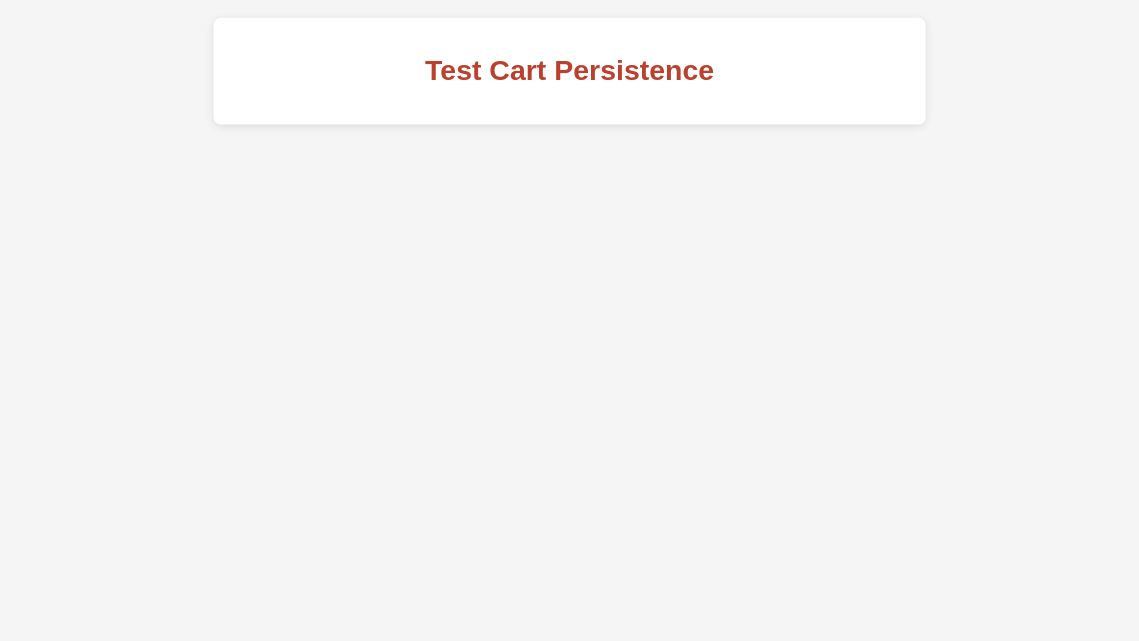
Repository: roydigital/DCB-Finaly-30-Novemeber
Page: test_cart_persistence.html
These files come from the project's save history. The page is drawn as it stood at one moment and after the next save; the edit follows.
The browser window is 1280 px wide. The pictures show the whole page, at 89% of full size.

Above is the page before, as saved 2025-12-03 17:23:11.

### test_cart_persistence.html
<!DOCTYPE html>
<html lang="en">
<head>
    <meta charset="UTF-8">
    <meta name="viewport" content="width=device-width, initial-scale=1.0">
    <title>Test Cart Persistence - DCB</title>
    <style>
        body {
            font-family: Arial, sans-serif;
            max-width: 800px;
            margin: 0 auto;
            padding: 20px;
            background-color: #f5f5f5;
        }
        .container {
            background: white;
            padding: 20px;
            border-radius: 8px;
            box-shadow: 0 2px 10px rgba(0,0,0,0.1);
        }
        h1 {
            color: #BA412D;
            text-align: center;
        }
        .test-section {
            margin: 20px 0;
            padding: 15px;
            border: 1px solid #ddd;
            border-radius: 5px;
            background: #f9f9f9;
        }
        button {
            background: #BA412D;
            color: white;
            border: none;
            padding: 10px 15px;
            border-radius: 4px;
            cursor: pointer;
            margin: 5px;
        }
        button:hover {
            background: #9A3120;
        }
        .result {
            margin-top: 10px;
            padding: 10px;
            border-radius: 4px;
            background: #e8f4fd;
            border-left: 4px solid #2196F3;
        }
        .success {
            background: #e8f5e8;
            border-left-color: #4CAF50;
        }
        .error {
            background: #ffebee;
            border-left-color: #f44336;
        }
        code {
            background: #f1f1f1;
            padding: 2px 4px;
            border-radius: 3px;
            font-family: monospace;
        }
    </style>
</head>
<body>
    <div class="container">
        <h1>Test Cart Persistence</h1>

After the next save:
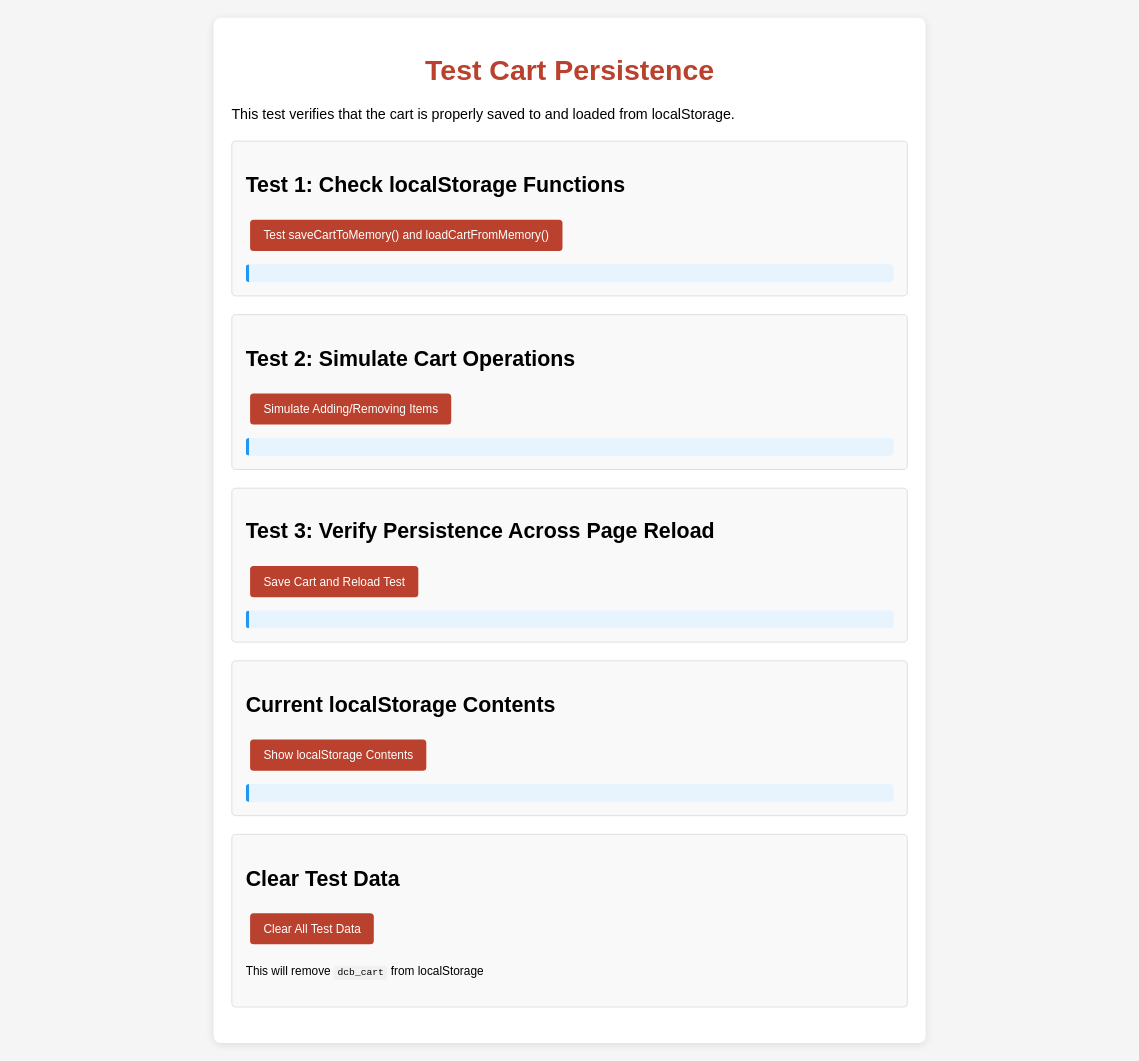
Saved 21 s later.
--- a/test_cart_persistence.html
+++ b/test_cart_persistence.html
@@ -67,3 +67,75 @@
 <body>
     <div class="container">
         <h1>Test Cart Persistence</h1>
+        <p>This test verifies that the cart is properly saved to and loaded from localStorage.</p>
+
+        <div class="test-section">
+            <h2>Test 1: Check localStorage Functions</h2>
+            <button onclick="testLocalStorageFunctions()">Test saveCartToMemory() and loadCartFromMemory()</button>
+            <div id="test1-result" class="result"></div>
+        </div>
+
+        <div class="test-section">
+            <h2>Test 2: Simulate Cart Operations</h2>
+            <button onclick="simulateCartOperations()">Simulate Adding/Removing Items</button>
+            <div id="test2-result" class="result"></div>
+        </div>
+
+        <div class="test-section">
+            <h2>Test 3: Verify Persistence Across Page Reload</h2>
+            <button onclick="verifyPersistence()">Save Cart and Reload Test</button>
+            <div id="test3-result" class="result"></div>
+        </div>
+
+        <div class="test-section">
+            <h2>Current localStorage Contents</h2>
+            <button onclick="showLocalStorage()">Show localStorage Contents</button>
+            <div id="storage-contents" class="result"></div>
+        </div>
+
+        <div class="test-section">
+            <h2>Clear Test Data</h2>
+            <button onclick="clearTestData()">Clear All Test Data</button>
+            <p><small>This will remove <code>dcb_cart</code> from localStorage</small></p>
+        </div>
+    </div>
+
+    <script>
+        // Mock state object similar to the one in index.html
+        const mockState = {
+            cart: []
+        };
+
+        // Copy the localStorage functions from index.html
+        function saveCartToMemory() {
+            localStorage.setItem('dcb_cart', JSON.stringify(mockState.cart));
+        }
+
+        function loadCartFromMemory() {
+            const savedCart = localStorage.getItem('dcb_cart');
+            if (savedCart) {
+                try {
+                    mockState.cart = JSON.parse(savedCart);
+                    return mockState.cart;
+                } catch (e) {
+                    console.error("Error loading cart", e);
+                    localStorage.removeItem('dcb_cart');
+                    return null;
+                }
+            }
+            return null;
+        }
+
+        function testLocalStorageFunctions() {
+            const resultDiv = document.getElementById('test1-result');
+            try {
+                // Clear any existing test data
+                localStorage.removeItem('dcb_cart');
+
+                // Test 1: Save empty cart
+                mockState.cart = [];
+                saveCartToMemory();
+                const savedEmpty = localStorage.getItem('dcb_cart');
+
+                // Test 2: Save cart with items
+                mockState.cart = [
